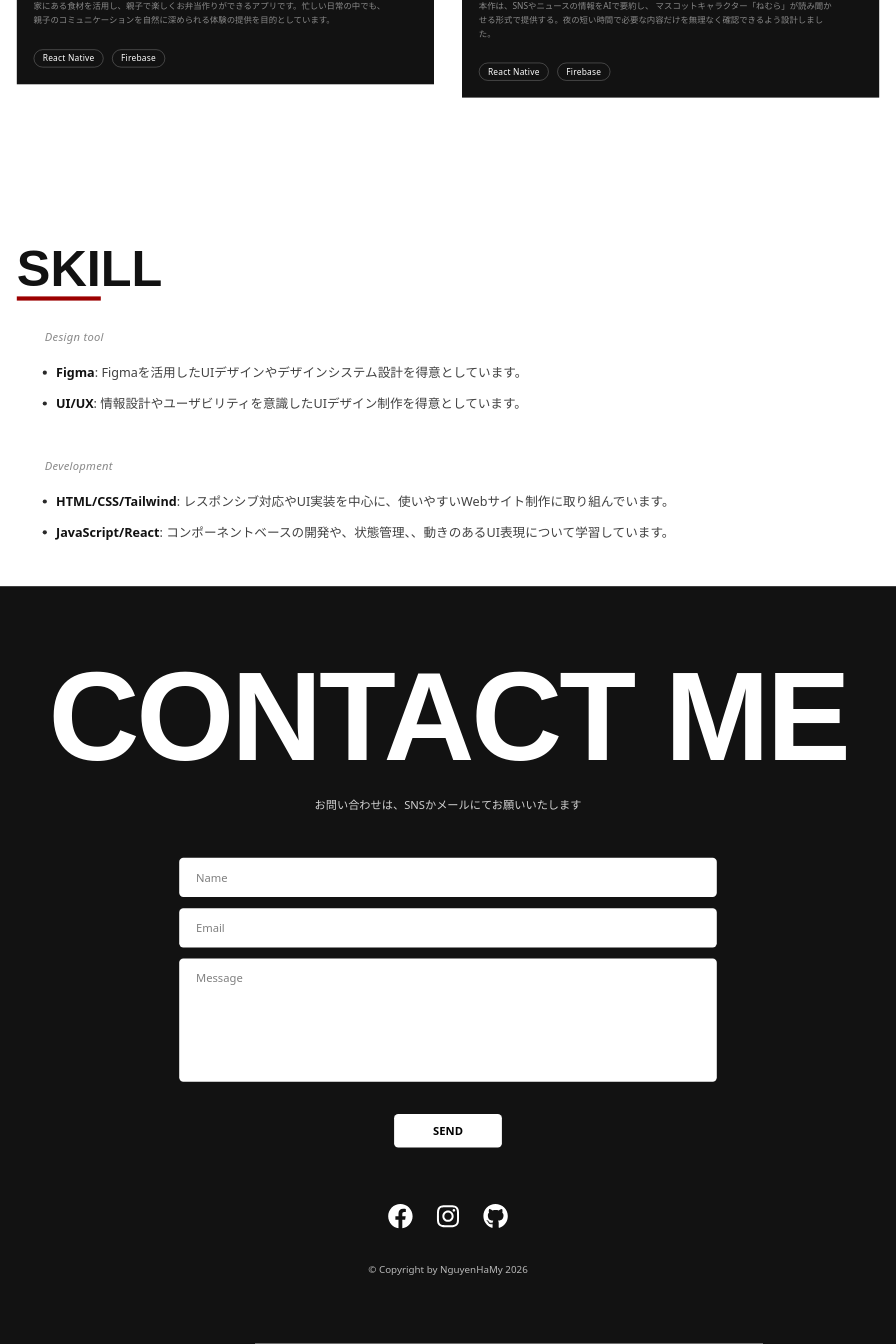
Repository: meme2603/Portfolio-HaMy
Page: / (app in my-portfolio/)
These files come from the project's save history. The page is drawn as it stood at one moment and after the next save; the edit follows.
The browser window is 1280 px wide. The pictures show the part of the page from y = 4458 to 6378 px (the page is 6378 px tall), at 70% of full size.
Some web fonts or font styles are not loaded; a fallback is used. The project was rebuilt for these pictures with package versions that can differ from the ones it lists, and the page was loaded fresh each time. Also part of the build but not shown: my-portfolio/vite.config.js.

Above is the page before, as saved 2026-05-29 14:48:21.

### my-portfolio/index.html
<!doctype html>
<html lang="ja">
  <head>
    <meta charset="UTF-8" />

    <link rel="icon" type="image/png" href="/memex2.png" />
    <meta name="viewport" content="width=device-width, initial-scale=1.0" />
    <title>My Portfolio</title>
    <link rel="preconnect" href="https://fonts.googleapis.com" />
    <link rel="preconnect" href="https://fonts.gstatic.com" crossorigin />
    <link
      href="https://fonts.googleapis.com/css2?family=Akshar:wght@300..700&family=Poppins:wght@300;400;600;700&display=swap"
      rel="stylesheet"
    />
  </head>
  <body>
    <div id="root"></div>

    <script type="module" src="/src/main.jsx"></script>
  </body>
</html>

### my-portfolio/src/main.jsx
import React from "react";
import ReactDOM from "react-dom/client";
import App from "./App";
import "./index.css";

ReactDOM.createRoot(document.getElementById("root")).render(
  <React.StrictMode>
    <App />
  </React.StrictMode>,
);

### my-portfolio/src/App.jsx
import Header from "./components/Header";
import Hero from "./components/Hero";
import About from "./components/About";
import Projects from "./components/Projects";
import Skills from "./components/Skills";
import Contact from "./components/Contact";
function App() {
  return (
    <div className="App">
      <Header />
      <Hero />
      <About />
      <Projects />
      <Skills />
      <Contact />
    </div>
  );
}

export default App;

### my-portfolio/src/index.css
@import "tailwindcss";
@theme {
  --color-primary: #9c0000;
  --color-background: #fff;
  --color-font: #121212;

  --opacity-overlay: 0.65;
  --opacity-glass: 0.1;

  --font-poppins: "Poppins", sans-serif;
  --font-akshar: "Akshar", sans-serif;
}

### my-portfolio/src/components/Header.jsx
import { useState } from "react";
function MenuItem({ text }) {
  return (
    <li>
      <a
        href={`#${text.toLowerCase()}`}
        className="text-primary text-xl relative group transition-colors"
      >
        {text}
        <span
          className="
            absolute left-0 -bottom-[4px] w-0 h-[1px] bg-primary
            transition-all duration-300 group-hover:w-full
          "
        ></span>
      </a>
    </li>
  );
}

function Header() {
  const [isOpen, setIsOpen] = useState(false);
  const menuItems = ["About", "Projects", "Contact"];
  return (
    <header className="fixed top-0 left-0 w-full h-24 bg-background border-b border-gray-300 z-60">
      <div className="max-w-7xl mx-auto h-full px-6 flex justify-between items-center">
        <div className="shrink-0">
          <a
            href="/"
            className="text-4xl text-primary font-semibold font-akshar"
          >
            HA MY
          </a>
        </div>

        <nav className="hidden lg:block">
          <ul className="flex space-x-10">
            {menuItems.map((item) => (
              <MenuItem key={item} text={item} />
            ))}
          </ul>
        </nav>

        <button
          onClick={() => setIsOpen(!isOpen)}
          className="block lg:hidden text-primary focus:outline-none z-50"
          aria-label="Menu"
        >
          <svg
            xmlns="http://www.w3.org/2000/svg"
            className="h-8 w-8"
            fill="none"
            viewBox="0 0 24 24"
            stroke="currentColor"
          >
            <path
              strokeLinecap="round"
              strokeLinejoin="round"
              strokeWidth="2"
              d={isOpen ? "M6 18L18 6M6 6l12 12" : "M4 6h16M4 12h16M4 18h16"}
            />
          </svg>
        </button>

        <div
          className={`
            absolute top-24 left-0 w-full bg-background border-b border-gray-300
            flex flex-col items-center shadow-lg lg:hidden
            overflow-hidden transition-all duration-700 ease-in-out
            ${isOpen ? "max-h-96 opacity-100 py-8 space-y-6" : "max-h-0 opacity-0 py-0 space-y-0 border-none"}
          `}
        >
          <div className="flex flex-col items-center w-full py-6 space-y-6">
            <a
              href="#about"
              onClick={() => setIsOpen(false)}
              className="text-primary text-2xl transition-opacity duration-700"
            >
              About
            </a>
            <a
              href="#projects"
              onClick={() => setIsOpen(false)}
              className="text-primary text-2xl transition-opacity duration-700"
            >
              Projects
            </a>
            <a
              href="#contact"
              onClick={() => setIsOpen(false)}
              className="text-primary text-2xl transition-opacity duration-700"
            >
              Contact
            </a>
          </div>
        </div>
      </div>
    </header>
  );
}

export default Header;

### my-portfolio/src/components/About.jsx
import aboutImg from "../assets/about.jpg";
function About() {
  return (
    <section className="relative w-full h-auto py-24 bg-background overflow-hidden mt-16">
      <div className="max-w-7xl mx-auto px-6 md:px-10">
        {/* TITLE */}
        <div className="mb-16">
          <h1 className="text-5xl md:text-6xl lg:text-7xl font-bold font-akshar text-font leading-none">
            ABOUT ME
          </h1>

          <div className="w-[80px] md:w-[100px] lg:w-[120px] lg:h-[6px] md:h-[5px] h-[4px] bg-primary mt-1"></div>
        </div>

        {/* CONTENT */}
        <div className="flex flex-col lg:flex-row items-center lg:items-start gap-16">
          {/* LEFT */}
          <div className="w-full lg:w-[380px] shrink-0">
            <div className="bg-white rounded-2xl shadow-md p-5">
              <img
                src={aboutImg}
                alt="About Me"
                className="w-full  h-[300px] object-cover rounded-xl"
              />

              <div className="mt-5">
                <h2 className="text-3xl font-akshar font-bold tracking-wide text-font">
                  NGUYEN THI HA MY
                </h2>

                <p className="text-font/70 text-lg mt-1">2001.03.30</p>
              </div>

              <div className="flex gap-3 mt-6">
                <span className="border border-font rounded-full px-4 py-2 text-sm">
                  UI/UX Designer
                </span>

                <span className="border border-font rounded-full px-4 py-2 text-sm">
                  Design Engineer
                </span>
              </div>
            </div>
          </div>

          {/* RIGHT */}
          <div className="flex-1 max-w-[760px]">
            <h2 className="text-2xl md:text-3xl font-semibold font-akshar text-primary tracking-[4px] mb-8">
              PROFILE!!
            </h2>

            <div className="space-y-6 text-font leading-[2.2] text-sm md:text-base lg:text-lg">
              <p>
                ベトナム出身の
                <span className="font-semibold">
                  グエン ティ ハ ミー（ NGUYEN THI HA MY）
                </span>
                です。
              </p>

              <p>
                現在は専門学校で、
                <span className="font-semibold">デザインやコーディング </span>
                について学びながらWeb制作やフロントエンド技術の基礎を学んでおります。
              </p>

              <p>
                2021年に来日し、最初の1年間は日本語学校で日本語を学びました。
                <br />
                その後、ビジネス専門学校に進学し、日本の文化やビジネスマナー、コミュニケーション力を身につけてまいりました。
                その中で、コンピュータの授業を通して、Webデザインという職業があることを初めて知り、興味を持つようになりました。
              </p>

              <p>
                留学生として日本とベトナム両方の文化に触れてきた経験を活かし、将来はユーザーの多様な視点やニーズを理解し、最適な体験をデザインする
                <span className="font-semibold text-primary text-xl">
                  UI/UXデザイナー
                </span>
                を目指しております。
              </p>
            </div>
          </div>
        </div>
      </div>
    </section>
  );
}
export default About;

### my-portfolio/src/components/Projects.jsx
import ProjectSection from "./ProjectSection";
import { websiteProjects, appProjects } from "./ProjectsData";

function Projects() {
  return (
    <section className="pt-20 bg-background">
      <div className="max-w-7xl mx-auto px-6">
        <h1 className="text-5xl md:text-6xl lg:text-7xl font-akshar font-bold text-font">
          PROJECTS
        </h1>
        <div className="w-[80px] md:w-[100px] lg:w-[120px] lg:h-[6px] md:h-[5px] h-[4px] bg-primary mt-1 mb-20"></div>
        <ProjectSection
          title="Website Design"
          description="学校で学んだ知識を活かし、企画からデザイン、コーディングまで一貫して制作したWebプロジェクトです。"
          projects={websiteProjects}
        />
        <ProjectSection
          title="Application Design"
          description="チームプロジェクトとして、企画からUI/UX設計までチームで共同制作したモバイルアプリです。"
          projects={appProjects}
        />
      </div>
    </section>
  );
}

export default Projects;

### my-portfolio/src/components/Skills.jsx
import { skillData } from "./ProjectsData";

function Skill() {
  return (
    <section className="w-full pt-20 pb-16">
      <div className="max-w-7xl mx-auto px-6 pb-10">
        <h2 className="text-5xl md:text-6xl lg:text-7xl font-bold font-akshar text-font leading-none">
          SKILL
        </h2>

        <div className="w-[80px] md:w-[100px] lg:w-[120px] lg:h-[6px] md:h-[5px] h-[4px] bg-primary mt-1"></div>
      </div>

      <div className="max-w-7xl mx-auto px-16 space-y-16">
        {skillData.map((group, index) => (
          <div key={index}>
            <h3 className="text-base font-medium text-font/50 mb-6 tracking-wide italic">
              {group.category}
            </h3>

            <ul className="space-y-4 pl-4">
              {group.skills.map((skill, sIndex) => (
                <li key={sIndex} className="list-disc text-font/90 text-lg">
                  <span className="font-bold text-font">{skill.name}</span>
                  <span className="text-font/80 font-light">
                    : {skill.status} {skill.desc}
                  </span>
                </li>
              ))}
            </ul>
          </div>
        ))}
      </div>
    </section>
  );
}

export default Skill;

### my-portfolio/src/components/Contact.jsx
import { FaFacebook, FaInstagram, FaGithub } from "react-icons/fa";

function Contact() {
  return (
    <section className="bg-font text-white py-24 overflow-hidden">
      <div className="max-w-7xl mx-auto px-6">
        <h1
          className="
                text-center
                font-akshar
                font-bold
                leading-none
                tracking-tight
                text-[70px]
                sm:text-[100px]
                md:text-[140px]
                lg:text-[180px]
                "
        >
          CONTACT ME
        </h1>
        <p
          className="
                text-center
                text-sm
                md:text-base
                text-white/80

                mt-6
                mb-16
                "
        >
          お問い合わせは、SNSかメールにてお願いいたします
        </p>
        <form className="max-w-3xl mx-auto">
          <input
            type="text"
            placeholder="Name"
            className="
                    w-full
                    bg-white
                    text-black
                    rounded-md
                    px-6
                    py-4
                    mb-4
                    outline-none
                "
          />
          <input
            type="email"
            placeholder="Email"
            className="
                    w-full
                    bg-white
                    text-black
                    rounded-md
                    px-6
                    py-4
                    mb-4
                    outline-none
                "
          />
          <textarea
            placeholder="Message"
            rows="6"
            className="
                    w-full
                    bg-white
                    text-black
                    rounded-md
                    px-6
                    py-4
                    outline-none
                    resize-none
                "
          ></textarea>
          <div className="flex justify-center mt-10">
            <button
              className="
                    bg-white
                    text-black
                    px-14
                    py-3
                    rounded-md
                    font-semibold
                    transition-all
                    duration-300
                    hover:scale-105
                    "
            >
              SEND
            </button>
          </div>
        </form>
        <div className="flex justify-center gap-8 mt-20 text-4xl">
          <a href="/" className="hover:scale-110 transition-all duration-300">
            <FaFacebook />
          </a>

          <a href="/" className="hover:scale-110 transition-all duration-300">
            <FaInstagram />
          </a>

          <a href="/" className="hover:scale-110 transition-all duration-300">
            <FaGithub />
          </a>
        </div>

        {/* COPYRIGHT */}
        <p
          className="
                text-center
                text-sm
                text-white/70

                mt-12
                "
        >
          © Copyright by NguyenHaMy 2026
        </p>
      </div>
    </section>
  );
}

export default Contact;

### my-portfolio/src/components/ProjectSection.jsx
import ProjectCard from "./ProjectCard";

function ProjectSection({ title, description, projects }) {
  return (
    <section className="mb-32">
      <h2
        className="
          text-[32px]
          leading-none
          font-bold
          font-akshar
          tracking-tight
          text-primary
        "
      >
        {title}
      </h2>

      <p
        className="
          mt-4
          text-font/70
          leading-relaxed
        "
      >
        {description}
      </p>

      <div className="grid grid-cols-1 md:grid-cols-2 gap-10 mt-14">
        {projects.slice(0, 4).map((project, index) => (
          <ProjectCard
            key={index}
            year={project.year}
            title={project.title}
            titleJP={project.titleJP}
            description={project.desc}
            tags={project.tags}
            image={project.img}
          />
        ))}
      </div>
    </section>
  );
}

export default ProjectSection;

### my-portfolio/src/components/ProjectCard.jsx
// ProjectCard = component dùng để hiển thị 1 project card
function ProjectCard({ year, title, titleJP, description, tags, image }) {
  return (
    <div className="group cursor-pointer ">
      <div className="overflow-hidden bg-font">
        <img
          src={image}
          alt={title}
          className="
            w-full
            object-cover
            transition-all
            duration-500
            group-hover:scale-105
            group-hover:opacity-90
          "
        />
      </div>

      {/* INFO */}
      <div className="bg-font text-background px-6 py-6 ">
        <div className="flex items-start justify-between">
          <div>
            {/* ĐIỀN NĂM VÀO ĐÂY */}
            <p className="text-[12px] tracking-[2px] text-background/60 ">
              {year}
            </p>

            {/* ĐIỀN TIÊU ĐỀ VÀO ĐÂY */}
            <h3
              className="
                text-[40px]
                leading-none
                font-bold
                font-akshar
                tracking-tight
                mt-2
              "
            >
              {title}
            </h3>

            {/* ĐIỀN TIẾNG NHẬT VÀO ĐÂY */}
            <p className="text-sm text-background/70 mt-2">{titleJP}</p>

            {/* ĐIỀN MÔ TẢ VÀO ĐÂY */}
            <p className="text-xs text-background/50 leading-relaxed mt-4">
              {description}
            </p>
          </div>

          <div
            className="
              text-3xl
              transition-transform
              duration-300
              group-hover:translate-x-1
              group-hover:-translate-y-1
            "
          >
            ↗
          </div>
        </div>

        {/* BOTTOM - CHỖ NÀY ĐỂ HIỆN TAGS TỰ ĐỘNG NÈ */}
        <div className="mt-8 flex items-center gap-3 flex-wrap">
          {tags &&
            tags.map((tag, index) => (
              <span
                key={index}
                className="
                border
                border-background/30
                rounded-full
                px-3
                py-1
                text-xs
                tracking-wide
              "
              >
                {tag}
              </span>
            ))}
        </div>
      </div>
    </div>
  );
}

export default ProjectCard;

Loaded but not shown: my-portfolio/src/components/ProjectsData.js (96 lines, source omitted); my-portfolio/src/components/Hero.jsx (134 lines, source omitted)

After the next save:
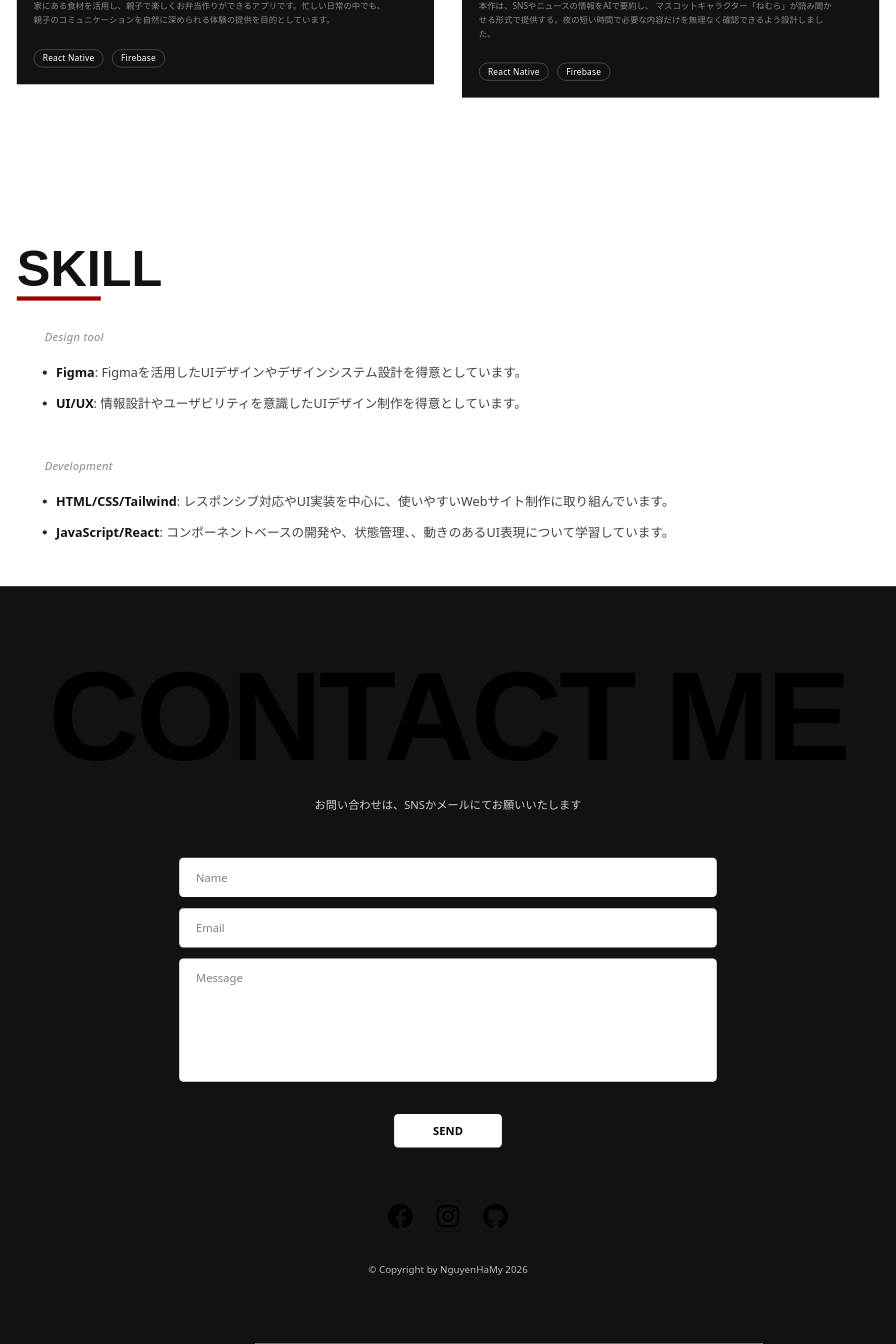
Saved 5 s later.
--- a/my-portfolio/src/components/Contact.jsx
+++ b/my-portfolio/src/components/Contact.jsx
@@ -2,7 +2,7 @@
 
 function Contact() {
   return (
-    <section className="bg-font text-white py-24 overflow-hidden">
+    <section className="bg-font text-base py-24 overflow-hidden">
       <div className="max-w-7xl mx-auto px-6">
         <h1
           className="

After the 2 saves that followed:
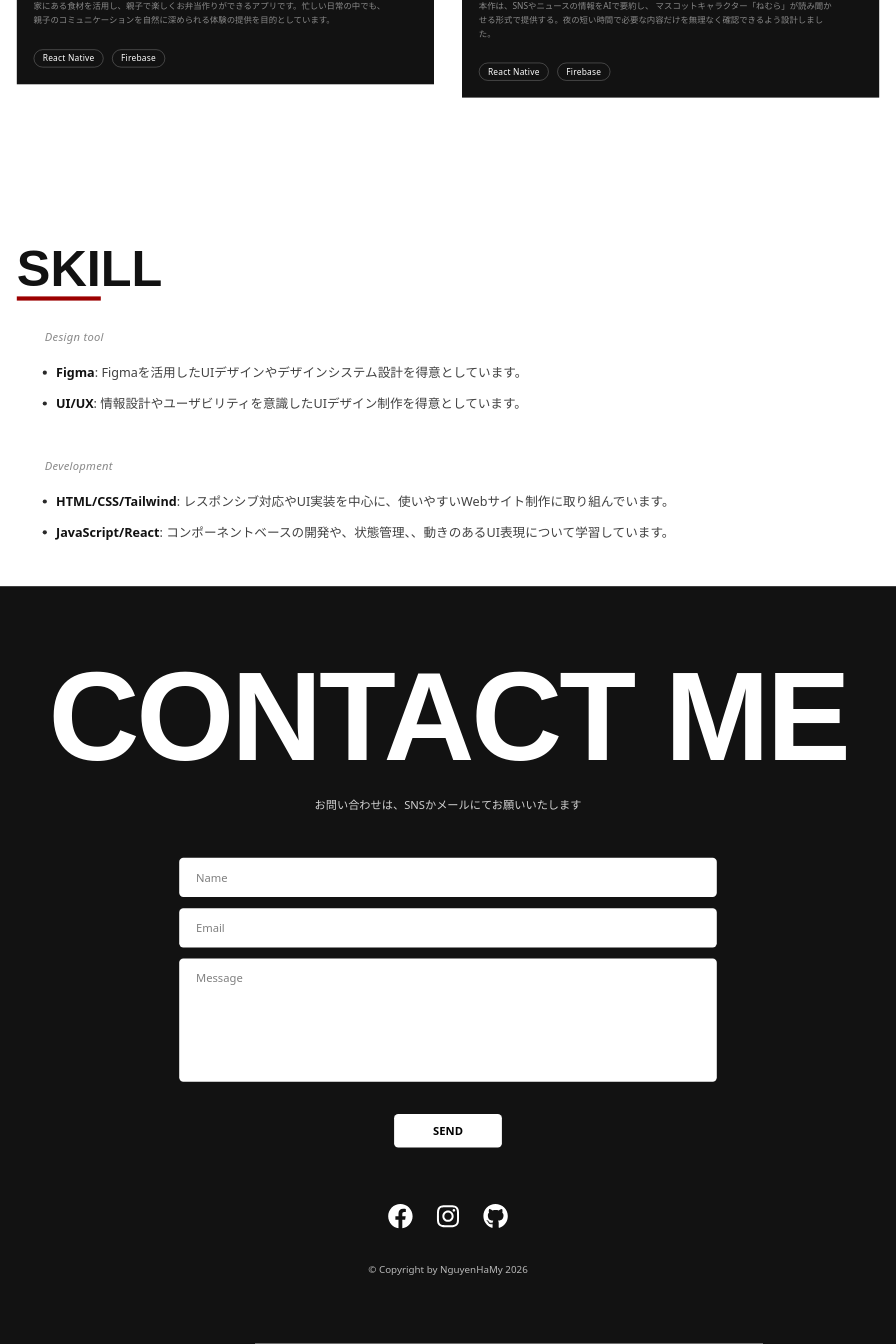
The 2 saves are shown as one change because 1 left the picture as it was.
The last was saved 33 s later.
--- a/my-portfolio/src/components/Contact.jsx
+++ b/my-portfolio/src/components/Contact.jsx
@@ -2,7 +2,7 @@
 
 function Contact() {
   return (
-    <section className="bg-font text-base py-24 overflow-hidden">
+    <section className="bg-font text-background py-24 overflow-hidden">
       <div className="max-w-7xl mx-auto px-6">
         <h1
           className="
